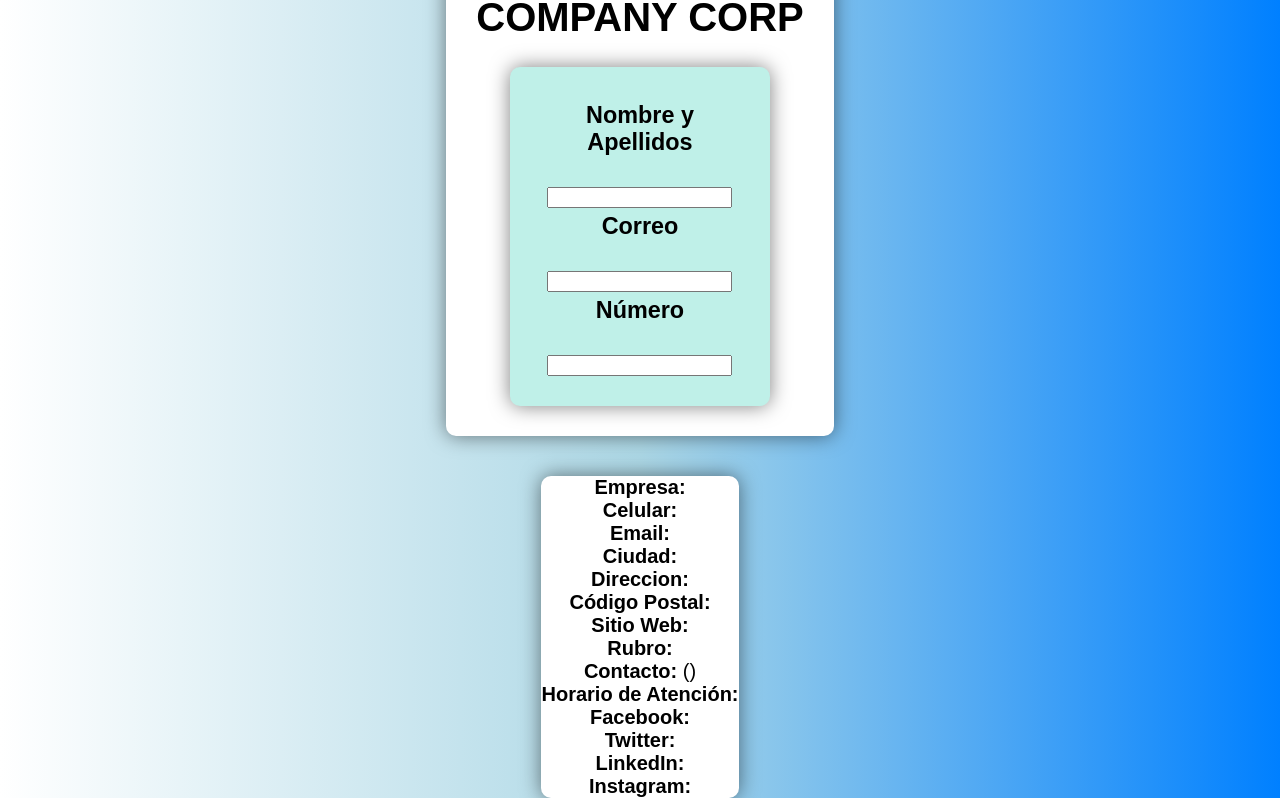
Repository: ANGELEDU141/TAREAWEBEWJASJDASJ
Page: http://localhost/JAVAWEBTAREA/WEB-INF/views/contenido.jsp
The author's editor kept a copy of each file at every save. The page is drawn from the files as they stood at one save, then again after the next save.
The browser window is 1280 px wide. The pictures show the whole page.
The page is served by Tomcat 9. Nobody is signed in. Other server files are loaded and not shown. The template is opened directly, without the code that normally fills it, so the values that code supplies are empty.

Above is the page before, as saved 2024-09-01 10:04:04.

### JAVAWEBTAREA/src/main/webapp/WEB-INF/views/contenido.jsp
<%@ page language="java" contentType="text/html; charset=UTF-8"
    pageEncoding="UTF-8"%>
<!DOCTYPE html>
<html>
<head>
<meta charset="UTF-8">
<title> COMPANY </title>
<link rel="icon" href="https://static.vecteezy.com/system/resources/previews/008/214/517/non_2x/abstract-geometric-logo-or-infinity-line-logo-for-your-company-free-vector.jpg">
<style>
    body {


        height: 100vh;
        display: flex;
        align-items:center;
         flex-direction: column;
        justify-content: center; /* Centra horizontalmente */
        align-items: center; /* Centra verticalmente */
        font-family: Arial, sans-serif;
		background: linear-gradient(to right, rgb(255, 255, 255), rgb(173, 216, 230), rgb(0, 128, 255));

    }
    .container {

        max-width: 600px;
        display:flex;
   		flex-direction:column;
   		align-content:center;
   		justify-content: center;
   		align-items:center;
   		padding: 30px;

        background-color: white;
        box-shadow: 0px 0px 20px rgba(0, 0, 0, 0.5);
        text-align: center;
        border-radius: 10px;
        font-size: 20px;

    }

    .contac {

 		margin-top: 40px;
        max-width: 600px;

        background-color: white;
        box-shadow: 0px 0px 20px rgba(0, 0, 0, 0.5);
        text-align: center;
        border-radius: 10px;
        font-size: 20px;

        }




    .quest {



   		padding: 30px;
   		border:60px;
        max-width: 200px;
        background-color: rgba(191, 240, 232);
        box-shadow: 0px 0px 20px rgba(0, 0, 0, 0.5);
        text-align: center;
        border-radius: 10px;
        }

        .quest h3{
         margin: 0;
    padding: 5px; }



</style>
</head>
<body>
    <div class="container">
        <h1> COMPANY CORP </h1>


        <div class="quest">

        <h3>Nombre y Apellidos</h3><br>
        <input>
        <h3>Correo</h3><br>
        <input>
        <h3>Número</h3><br>
         <input>



        </div>
    </div>

    <div  class="contac">

		<b> Empresa:</b> ${empresa}<br>
		<b> Celular:</b> ${celular}<br>
		<b> Email:</b> ${email}<br>
		<b> Ciudad:</b> ${ciudad}<br>
	    <b>Direccion:</b> ${direccion}<br>
        <b>Código Postal:</b> ${código_postal}<br>
        <b>Sitio Web:</b> <a href="http://${sitio_web}" target="_blank">${sitio_web}</a><br>
        <b>Rubro:</b> ${rubro}<br>
        <b>Contacto:</b> ${contacto_nombre} (${contacto_puesto})<br>
        <b>Horario de Atención:</b> ${horario_atención}<br>
        <b>Facebook:</b> <a href="http://${facebook}" target="_blank">${facebook}</a><br>
        <b>Twitter:</b> <a href="http://${twitter}" target="_blank">${twitter}</a><br>
        <b>LinkedIn:</b> <a href="http://${linkedin}" target="_blank">${linkedin}</a><br>
        <b>Instagram:</b> <a href="http://${instagram}" target="_blank">${instagram}</a>


	</div>
</body>

After the next save:
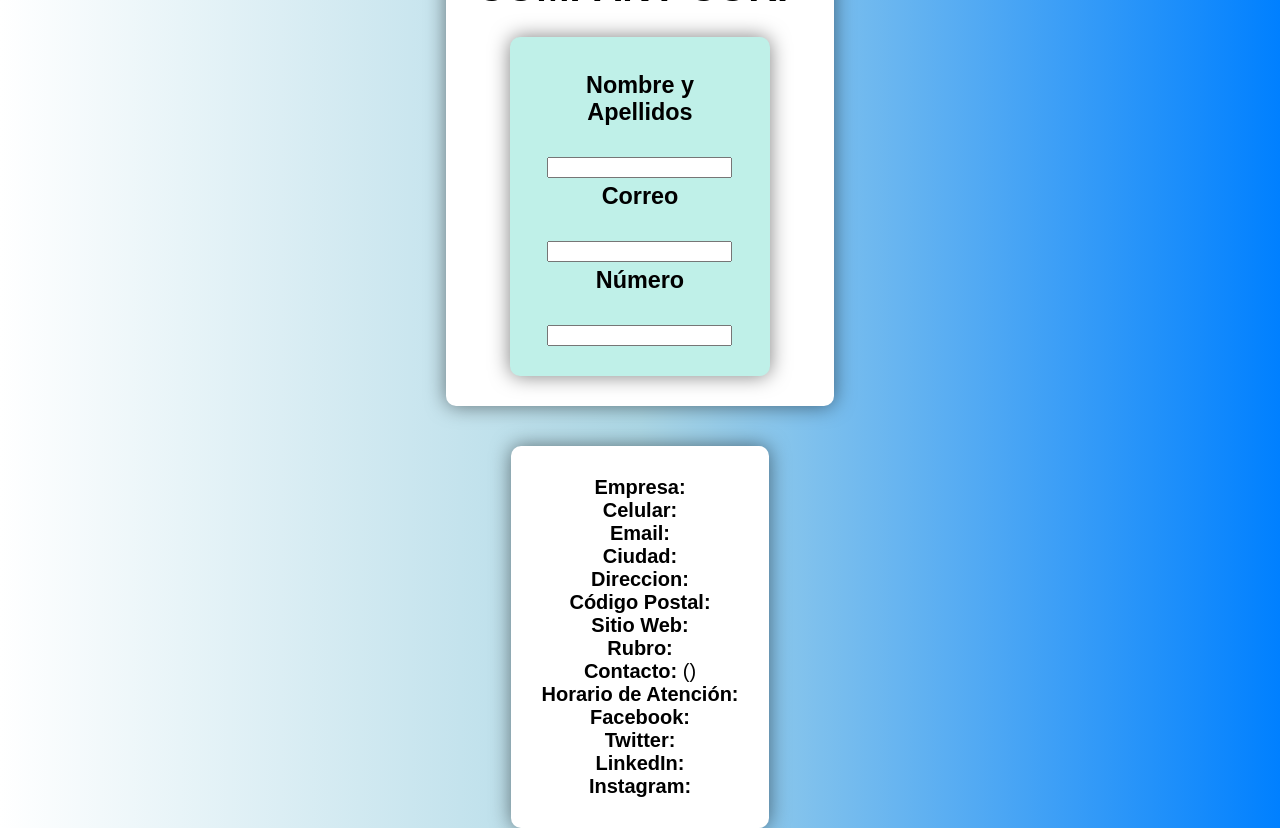
Saved 23 s later.
--- a/JAVAWEBTAREA/src/main/webapp/WEB-INF/views/contenido.jsp
+++ b/JAVAWEBTAREA/src/main/webapp/WEB-INF/views/contenido.jsp
@@ -42,7 +42,7 @@
 
  		margin-top: 40px;
         max-width: 600px;
-
+        padding:30px;
         background-color: white;
         box-shadow: 0px 0px 20px rgba(0, 0, 0, 0.5);
         text-align: center;
